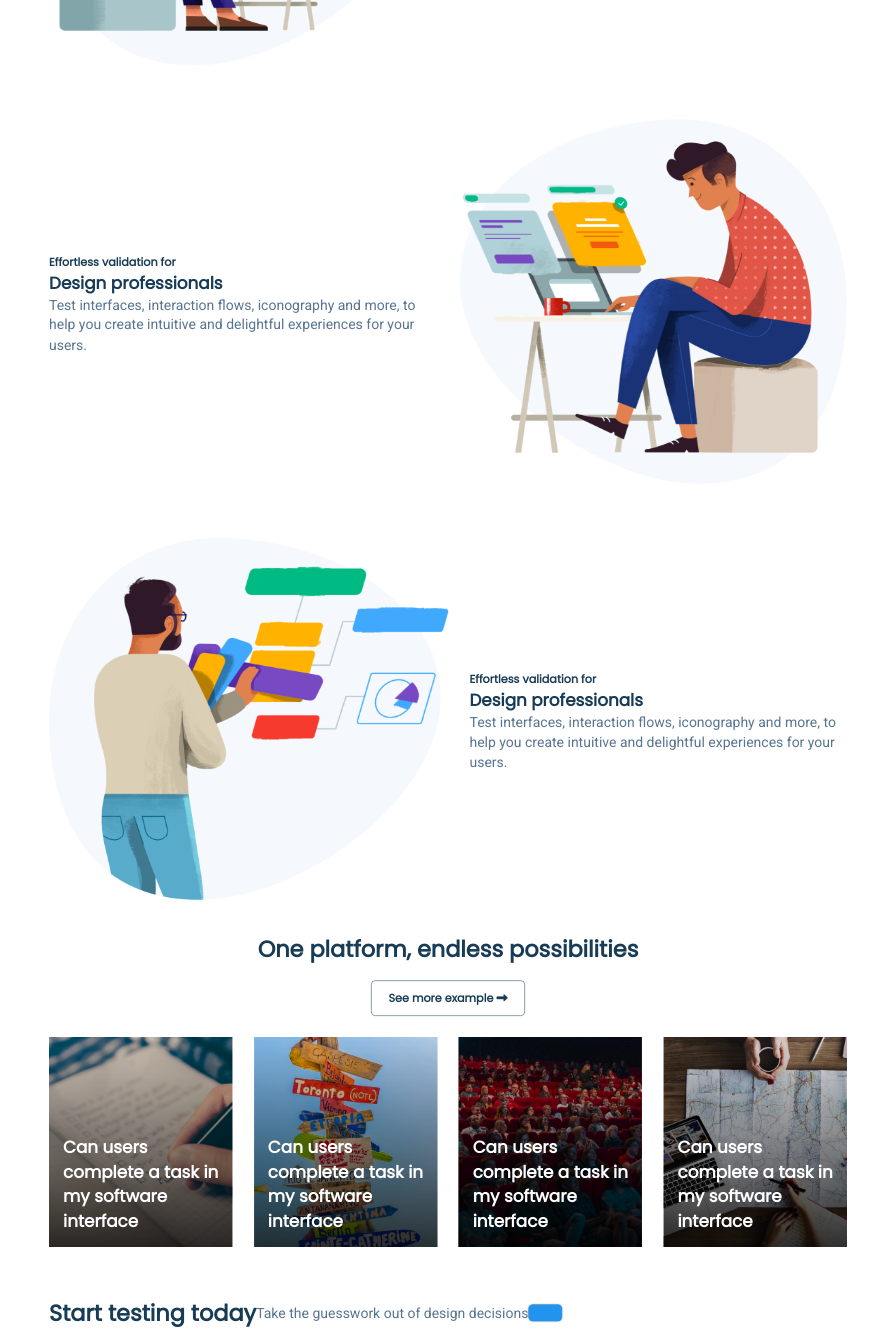
Repository: ramlakhan1/clone1
Page: index.html
These files come from the project's save history. The page is drawn as it stood at one moment and after a run of saves; the edit follows.
The browser window is 1280 px wide. The pictures show the part of the page from y = 2249 to 4169 px (the page is 4168 px tall before and 4169 px after), at 70% of full size.
Some web libraries are served in a nearby version.

Above is the page before, as saved 2022-11-29 21:47:11.

### index.html
<!DOCTYPE html>
<html lang="en">
  <head>
    <meta charset="UTF-8" />
    <meta http-equiv="X-UA-Compatible" content="IE=edge" />
    <meta name="viewport" content="width=device-width, initial-scale=1.0" />
    <title>Document</title>
    <link rel="stylesheet" href="style.css" />
  </head>
  <body>
    <div class="top-banner">
      <div class="container">
        <div class="small-bold-text banner-text">
          🥳 New to UsabilityHub: Open and closed card sorting!
        </div>
      </div>
    </div>
    <nav>
      <div class="container main-nav flex">
        <a href="#" class="company-logo">
          <img src="./assets/asset 1.png" alt="company logo" />
        </a>
        <div class="nav-links">
          <ul class="flex">
            <li><a href="#" class="hover-links">Products</a></li>
            <li><a href="#" class="hover-links">Customer</a></li>
            <li><a href="#" class="hover-links">Pricing</a></li>
            <li><a href="#" class="hover-links">Resources</a></li>
            <li>
              <a href="#" class="hover-links secondary-button">Sign in</a>
            </li>
            <li><a href="#" class="hover-links primary-button">Sign up</a></li>
          </ul>
        </div>
      </div>
    </nav>
    <header>
      <div class="container header-section flex">
        <div class="header-left">
          <h1>Design confidently</h1>
          <p>
            UsabilityHub is a remote user research platform that takes the
            guesswork out of design decisions by validating them with real
            users.
          </p>
          <a href="#" class="primary-button get-started-btn">Get started</a>
        </div>
        <div class="header-right">
          <img src="./assets/asset 2.png" alt="hero-image" />
        </div>
      </div>
    </header>
    <div class="companies-section">
      <div class="container">
        <div class="small-bold-text companies-header">
          The world’s best companies rely on UsabilityHub to make better design
          decisions.
        </div>
        <div class="logos flex">
          <img src="./assets/asset 3.png" class="logo" alt="" />
          <img src="./assets/asset 4.png" class="logo" alt="" />
          <img src="./assets/asset 5.png" class="logo" alt="" />
          <img src="./assets/asset 6.png" class="logo" alt="" />
          <img src="./assets/asset 7.png" class="logo" alt="" />
          <img src="./assets/asset 8.svg" class="logo" alt="" />
          <img src="./assets/asset 9.png" class="logo" alt="" />
        </div>
      </div>
    </div>
    <section class="features-section">
      <div class="container">
        <div class="features-header">
          <h2>Yours user research Swiss Army knife</h2>
          <a href="#" class="secondary-button"
            >See all feature <i class="fa-solid fa-right-long"></i
          ></a>
        </div>
        <div class="features-area flex">
          <div class="features-card flex">
            <img src="./assets/asset 11.svg" alt="" />
            <h3>Card Sorting</h3>
            <p>Discover how people group and label information.</p>
            <a href="#" class="secondary-button"
              >Learn more <i class="fa-solid fa-right-long"></i
            ></a>
          </div>
          <div class="features-card flex">
            <img src="./assets/asset 13.svg" alt="" />
            <h3>Prototype tests</h3>
            <p>Discover how people navigate your Figma prototypes.</p>
            <a href="#" class="secondary-button"
              >Learn more <i class="fa-solid fa-right-long"></i
            ></a>
          </div>
          <div class="features-card flex">
            <img src="./assets/asset 14.svg" alt="" />
            <h3>First click tests</h3>
            <p>Test interaction with first click and navigation tests.</p>
            <a href="#" class="secondary-button"
              >Learn more <i class="fa-solid fa-right-long"></i
            ></a>
          </div>
          <div class="features-card flex">
            <img src="./assets/asset 15.svg" alt="" />
            <h3>Design surveys</h3>
            <p>Get feedback on images, videos or audio files.</p>
            <a href="#" class="secondary-button"
              >Learn more <i class="fa-solid fa-right-long"></i
            ></a>
          </div>
          <div class="features-card flex">
            <img src="./assets/asset 16.svg" alt="" />
            <h3>Preference tests</h3>
            <p>Find out which designs users prefer and why.</p>
            <a href="#" class="secondary-button"
              >Learn more <i class="fa-solid fa-right-long"></i
            ></a>
          </div>
          <div class="features-card flex">
            <img src="./assets/asset 17.svg" alt="" />
            <h3>Five second tests</h3>
            <p>Test comprehensibility by measuring first impressions.</p>
            <a href="#" class="secondary-button"
              >Learn more <i class="fa-solid fa-right-long"></i
            ></a>
          </div>
        </div>
      </div>
    </section>
    <section class="big-feature-section">
      <div class="container flex big-feature-container">
        <div class="feature-img">
          <img src="./assets/asset 18.png" alt="" />
        </div>
        <div class="feature-desc flex">
          <h4>Effortless validation for</h4>
          <h3>Design professionals</h3>
          <p>
            Test interfaces, interaction flows, iconography and more, to help
            you create intuitive and delightful experiences for your users.
          </p>
        </div>
      </div>
    </section>
    <section class="big-feature-section">
      <div
        class="container flex big-feature-container"
        style="flex-direction: row-reverse"
      >
        <div class="feature-img">
          <img src="./assets/asset 21.png" alt="" />
        </div>
        <div class="feature-desc flex">
          <h4>Effortless validation for</h4>
          <h3>Design professionals</h3>
          <p>
            Test interfaces, interaction flows, iconography and more, to help
            you create intuitive and delightful experiences for your users.
          </p>
        </div>
      </div>
    </section>
    <section class="big-feature-section">
      <div class="container flex big-feature-container">
        <div class="feature-img">
          <img src="./assets/asset 24.png" alt="" />
        </div>
        <div class="feature-desc flex">
          <h4>Effortless validation for</h4>
          <h3>Design professionals</h3>
          <p>
            Test interfaces, interaction flows, iconography and more, to help
            you create intuitive and delightful experiences for your users.
          </p>
        </div>
      </div>
    </section>

    <section class="example-section">
      <div class="container">
        <div class="example-header flex">
          <h2 class="example-heading-text">
            One platform, endless possibilities
          </h2>
          <a href="#" class="secondary-button"
            >See more example <i class="fa-solid fa-right-long"></i
          ></a>
        </div>
        <div class="example-area flex">
          <a href="#" class="examples-card" style=" background: linear-gradient(rgb(0, 0, 0, 0.1), rgb(0, 0, 0, 0.8)), url('./assets/asset\ 34.jpeg'); background-size: cover;">
            <h3 class="card-text">
              Can users complete a task in my software interface
            </h3>
          </a>
          <a href="#" class="examples-card" style=" background: linear-gradient(rgb(0, 0, 0, 0.1), rgb(0, 0, 0, 0.8)), url('./assets/asset\ 35.jpeg'); background-size: cover;">
            <h3 class="card-text">
              Can users complete a task in my software interface
            </h3>
          </a>
          <a href="#" class="examples-card " style=" background: linear-gradient(rgb(0, 0, 0, 0.1), rgb(0, 0, 0, 0.8)), url('./assets/asset\ 36.jpeg'); background-size: cover;">
            <h3 class="card-text">
              Can users complete a task in my software interface
            </h3>
          </a>
          <a href="#" class="examples-card" style=" background: linear-gradient(rgb(0, 0, 0, 0.1), rgb(0, 0, 0, 0.8)), url('./assets/asset\ 37.jpeg'); background-size: cover;">
            <h3 class="card-text">
              Can users complete a task in my software interface
            </h3>
          </a>
        </div>
      </div>
    </section>
    <section class="cta-section">
      <div class="container flex cta-section-container">
        <h2>Start testing today</h2>
        <p>Take the guesswork out of design decisions</p>
        <a href="#" class="primary-button"></a>
      </div>
    </section>
    <footer></footer>
    <script
      src="https://kit.fontawesome.com/4353b2cb35.js"
      crossorigin="anonymous"
    ></script>
  </body>
</html>

### style.css
@import url('https://fonts.googleapis.com/css2?family=Poppins&family=Roboto&display=swap');

*{
    margin: 0;
    padding: 0;
    box-sizing: border-box;
}
:root {
    --primary-text-color: #183b56;
    --secondary-text-color: #577592;
    --accent-color: #2294ed;
    --accent-color-dark: #1d69a3;
    --padding-inline-section: 20px;
}
body {
    font-family: 'Poppins', sans-serif;
    color: var(--primary-text-color);
}

h1{
    font-size: 3rem;
}
h2 {
    font-size: 2rem;
}
h3{
    font-size: 1.5rem;
}
p{
    font-family: 'Roboto', sans-serif;
    font-size: 1.25rem;
    color: var(--secondary-text-color);
    line-height: 1.8rem;
}
.primary-button {
    background-color: var(--accent-color);
    border-radius: 6px;
    font-weight: 700;
    color: white !important;;
    padding: 12px 24px;
    box-shadow: 0 0 2px var(--secondary-text-color);
    transition: 0.s ease-out;
}
.secondary-button {
    border: 0.5px solid var(--secondary-text-color);
    border-radius: 6px;
    font-weight: 700;
    color: var(--primary-text-color) !important;
    padding: 12px 24px;
    transition: 0.2 ease-out;
}
.secondary-button:hover {
    border-color: var(--accent-color);
    color: var(--accent-color) !important;
}

.primary-button:hover {
    background-color: var(--accent-color-dark);
}
.hover-links {
    color: var(--primary-text-color)
}

.hover-links:hover {
    color: var(--accent-color);
    transition: 0.2s ease-out;
}

a {
    text-decoration: none;
    display: inline-block;
}
.container {
    max-width: 1180px;
    margin-inline:  auto;
    padding: var(--padding-inline-section);
}
.flex {
    display: flex;
    align-items: center;
}
.small-bold-text {
    font-size: 1rem;
    font-weight: 700;
}
.banner-text {
    color: white;
    padding: 15px 30px;
    text-align: center;
}
.top-banner {
    background-image: url('./assets/asset\30.png');
    background-color: #4fb3d4;
    background-size: 300px;
}
ul{
    list-style-type: none;
}
.main-nav{
    margin-top: 20px;
justify-content: space-between;
}
.company-logo img {
    width: 200px;
}
.nav-links{
    flex-basis: 730px;
}
.nav-links ul{
 justify-content: end;
 gap: 40px;
}

header {
    padding: 50px var(--padding-inline-section) 0;
}
.header-left h1{
    margin-top: 20px;
}
.header-left {
    max-width: 40vw;
}
.header-section {
    justify-content: center;
    gap: 50px;
}

.header-right img {
    width: 600px;
}
.get-started-btn {
    margin-top: 20px;
}

.companies-header {
    text-align: center;
    margin-block: 30px;
    color: var(--primary-text-color);
}
.logos {
    justify-content: space-between;
    flex-wrap: wrap;
}
.logo{
  height: 46px;
}
.features-section{
    padding: 80px var(--padding-inline-section) 0;
    background-image: url('./assets/asset\ 32.svg');
    background-repeat: no-repeat;
    background-position: center;
}
.features-header{
    text-align: center;
}
.features-header h2{
    margin-bottom: 20px;
}
.features-area {
    flex-wrap: wrap;
    justify-content: space-between;
    gap: 40px;
    margin-top: 20px;
}
.features-card {
    flex-direction: column;
    gap: 20px;
    max-width: 30%;
    text-align: center;
}
.big-feature-section {
    padding: 30px var(--padding-inline-section) 0;
}
.big-feature-container {
    gap: 30px;
}
.feature-img img{
 width: 100%;
}
.feature-desc {
    flex-direction: column;
    align-items: flex-start;

}

.example-header {
    /* text-align: center; */
    flex-direction: column;
    gap: 20px;
}
.example-area{
    justify-content: space-between;
    margin-block: 30px;
}

.examples-card {
    width: 23%;
    position: relative;
    min-height: 300px;
    background: black;
    background: linear-gradient(rgb(0, 0, 0, 0.1), rgb(0, 0, 0, 0.8)), url('./assets/asset\ 35.jpeg') ;
    background-size: cover;
    transition: 0.2s ease-out;
    /* background-position: center; */
}
.examples-card:hover {
    box-shadow: 0 0 10px #888;
}

.card-text{
    position: absolute;
    bottom: 20px;
    left: 20px;
    right: 20px;
    color: white;
}

After the next 3 saves:
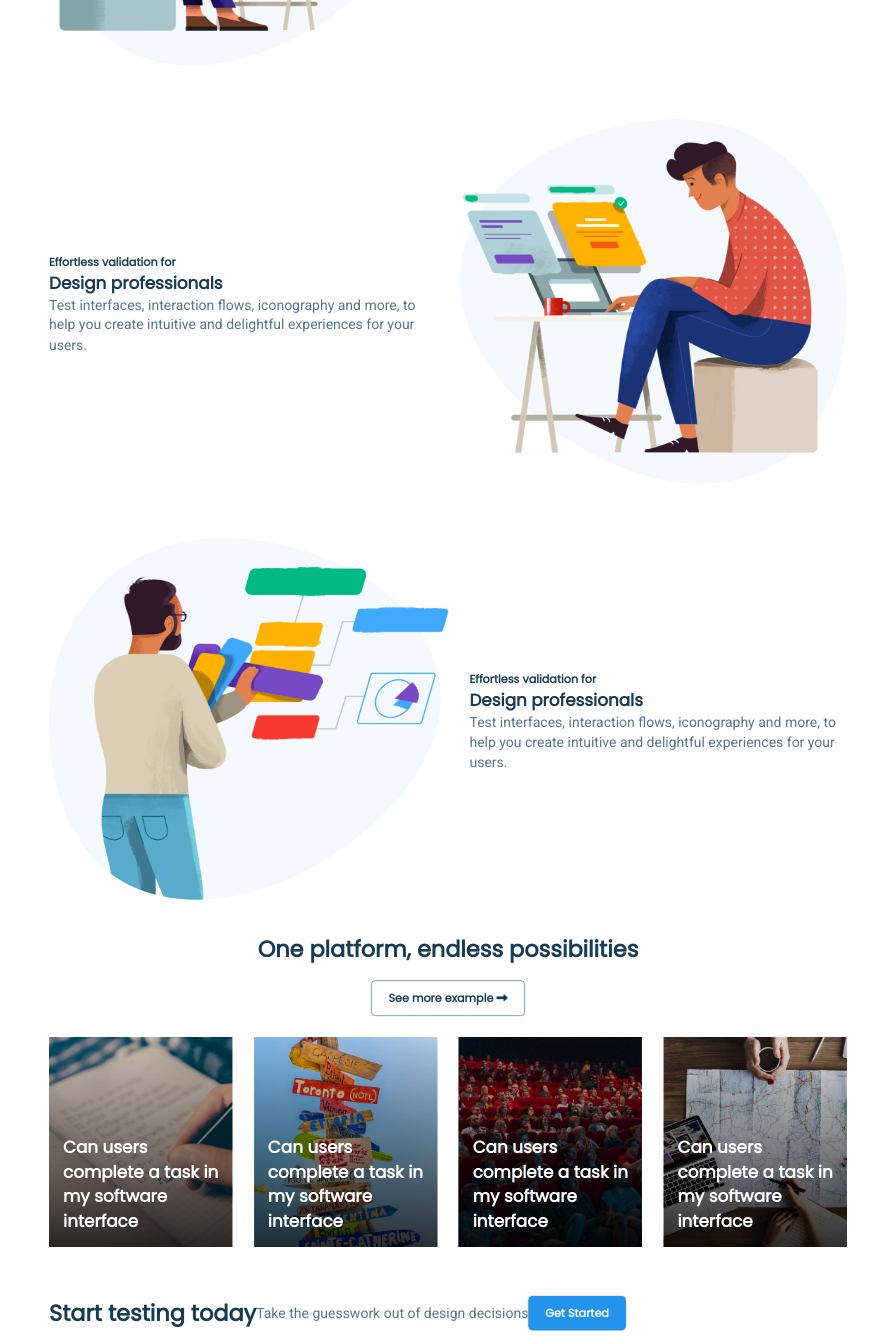
The 3 saves are shown as one change because they came seconds apart.
The last was saved 9 s later.
--- a/index.html
+++ b/index.html
@@ -214,7 +214,7 @@
       <div class="container flex cta-section-container">
         <h2>Start testing today</h2>
         <p>Take the guesswork out of design decisions</p>
-        <a href="#" class="primary-button"></a>
+        <a href="#" class="primary-button">Get Started</a>
       </div>
     </section>
     <footer></footer>
